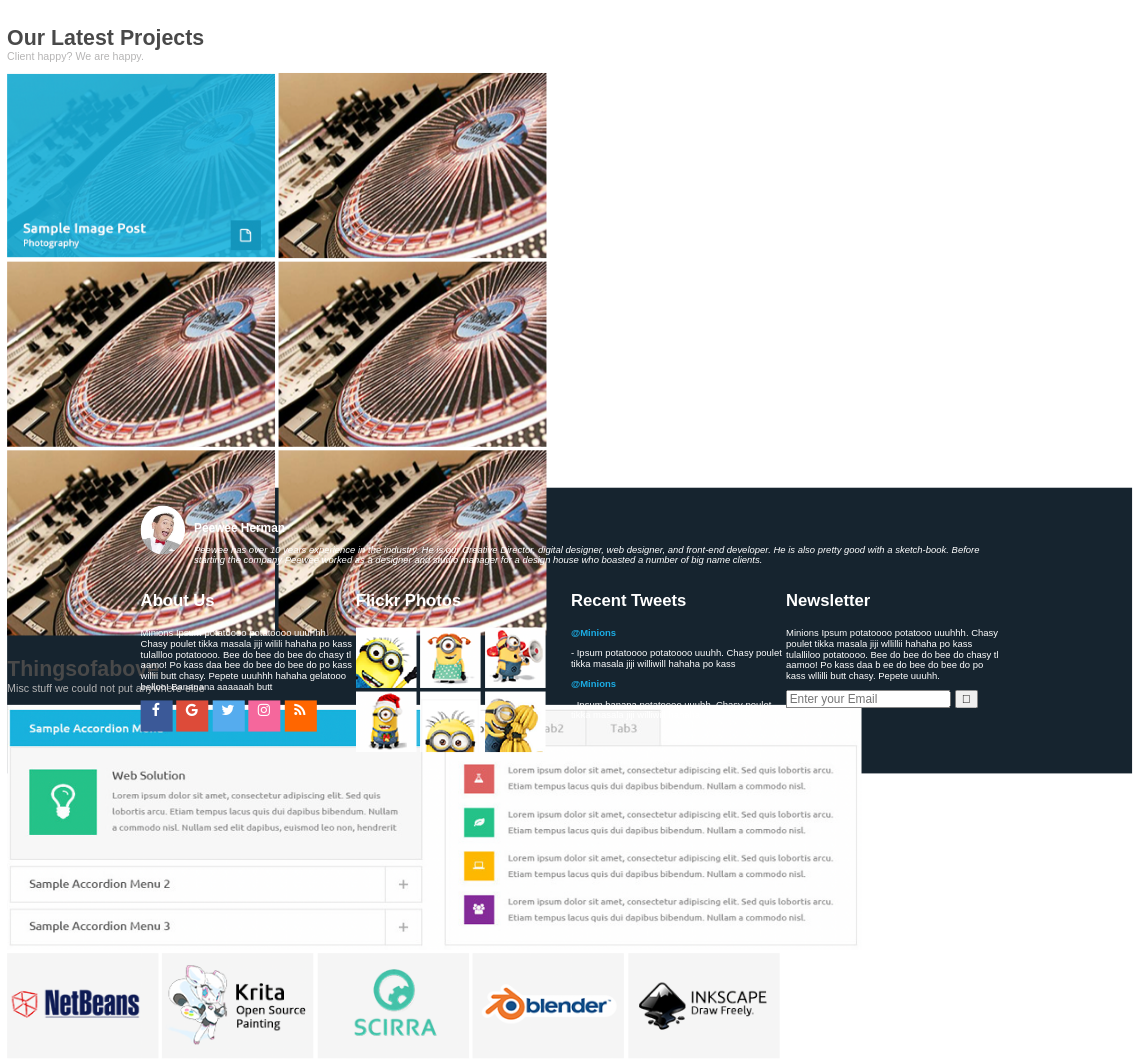
Repository: atran02/project1
Page: index.html
The author's editor kept a copy of each file at every save. The page is drawn from the files as they stood at one save, then again after the next save.
The browser window is 1280 px wide. The pictures show the whole page, at 89% of full size.

Above is the page before, as saved 2022-01-28 23:10:38.

After the next save:
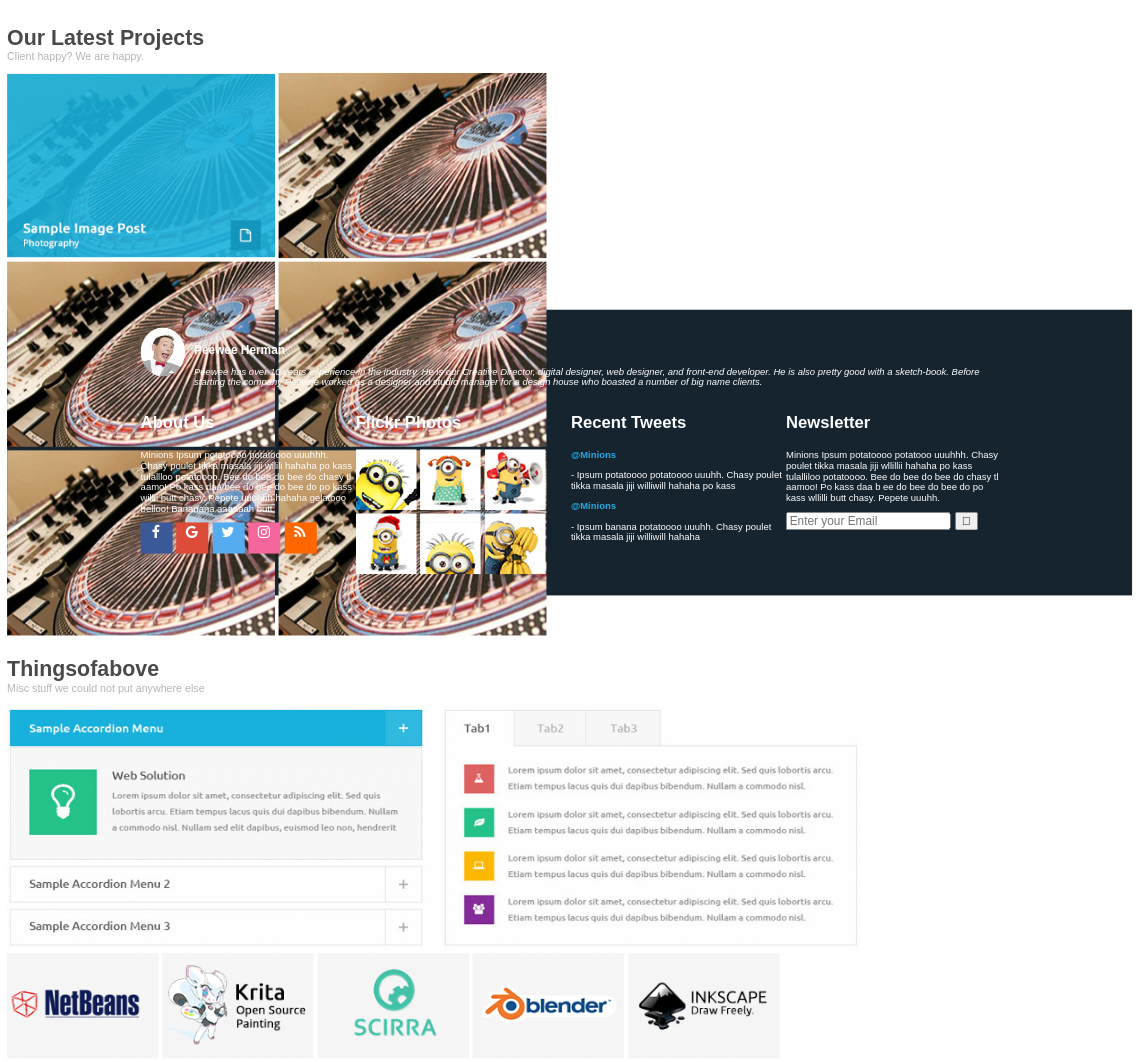
Saved 11 s later.
--- a/css/metrolics.css
+++ b/css/metrolics.css
@@ -2,7 +2,7 @@
 .lowerpage {
     display: flex;
     max-width: 900px;
-    max-height: 500px;
+    max-height: 300px;
     flex-direction: column;
 }
 
